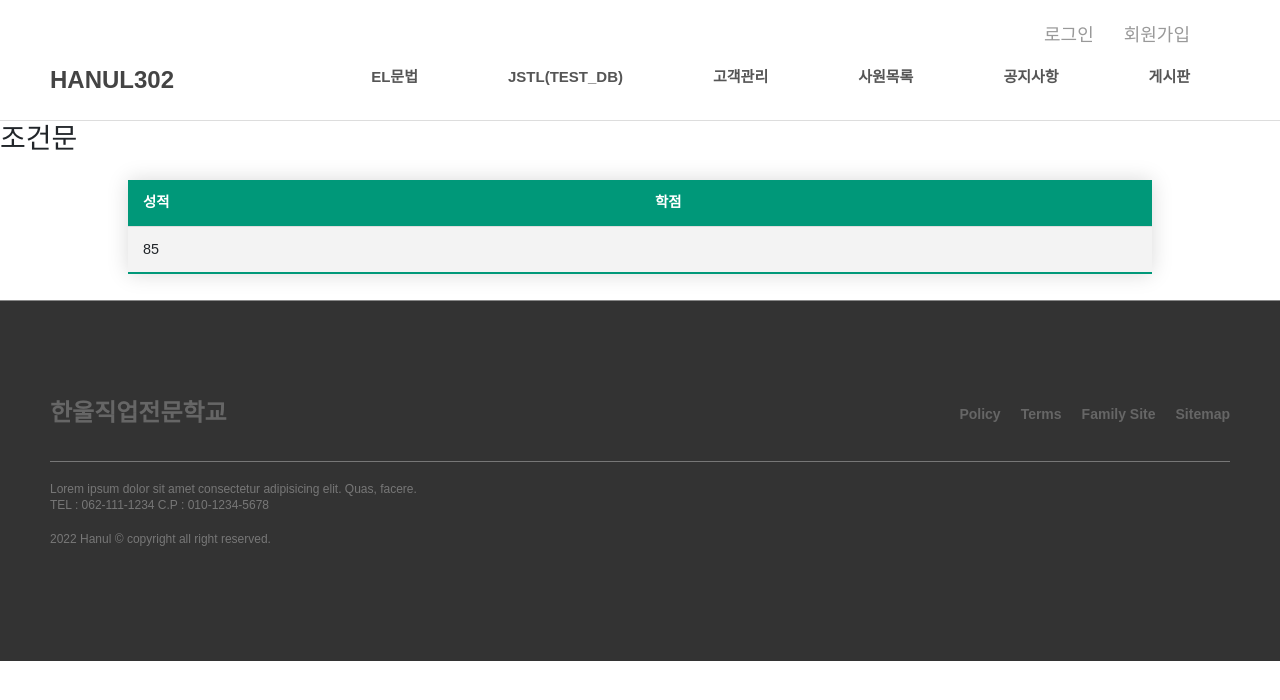
Repository: Xeyeong/servlet
Page: http://localhost/05.MiniProject/el/control.jsp
An editor plug-in stored every save of this project. The page is shown before and after the next save, followed by the edit.
The browser window is 1280 px wide. The pictures show the whole page.
Some web libraries are served in a nearby version. The page is served by Tomcat 9. Other server files are loaded and not shown.

Above is the page before, as saved 2022-09-22 00:43:27.

### 05.MiniProject/src/main/webapp/el/control.jsp
<%@ page language="java" contentType="text/html; charset=UTF-8"
	pageEncoding="UTF-8"%>
<%@ taglib uri="http://java.sun.com/jsp/jstl/core" prefix="c"%>
<!DOCTYPE html>
<html>
<head>
<meta charset="UTF-8">
<title>Insert title here</title>
</head>
<body>
	<jsp:include page="/include/header.jsp" />
	<h3>조건문</h3>
	<c:set var="score" value="85" />
	<c:if test="${score ge 90 }">
		<c:set var="grade" value="A학점" />
	</c:if>
	<c:if test="${score ge 90 }">
		<c:set var="grade" value="A학점" />
	</c:if>
	<table class="styled-table">
		<tr>
			<th>성적</th>
			<th>학점</th>
		</tr>
		<tr>
			<td>${score}</td>
			<td>${grade}</td>
		</tr>
	</table>



	<jsp:include page="/include/footer.jsp" />
</body>
</html>

### 05.MiniProject/src/main/webapp/include/header.jsp
<%@ page language="java" contentType="text/html; charset=UTF-8"
    pageEncoding="UTF-8"%>
<%@ taglib uri="http://java.sun.com/jsp/jstl/core" prefix="c" %>
<!DOCTYPE html>
<html>
<head>
<meta charset="UTF-8">
<meta http-equiv="X-UA-Compatible" content="IE=CHROME">
<meta name="viewport" content="width=device-width, initial-scale=1.0">
<title>실습용 테마</title>
<link rel="icon" href="favicon.ico" type="image/x-icon">
<script src="https://kit.fontawesome.com/c47106c6a7.js"
	crossorigin="anonymous"></script>
<link rel="stylesheet" href="<c:url value="/"/>css/style.css?<%=new java.util.Date()%>">
<link rel="stylesheet" href="<c:url value="/"/>css/common.css?<%=new java.util.Date()%>">
<script src="js/ie.js"></script>
<link
	href="https://cdn.jsdelivr.net/npm/bootstrap@5.2.0-beta1/dist/css/bootstrap.min.css"
	rel="stylesheet"
	integrity="sha384-0evHe/X+R7YkIZDRvuzKMRqM+OrBnVFBL6DOitfPri4tjfHxaWutUpFmBp4vmVor"
	crossorigin="anonymous">
<script
	src="https://cdn.jsdelivr.net/npm/bootstrap@5.2.0-beta1/dist/js/bootstrap.bundle.min.js"
	integrity="sha384-pprn3073KE6tl6bjs2QrFaJGz5/SUsLqktiwsUTF55Jfv3qYSDhgCecCxMW52nD2"
	crossorigin="anonymous"></script>
<script src="https://code.jquery.com/jquery-3.6.0.min.js"></script>
</head>
<body>
	<header>
		<div class="inner">
			<h1>
				<a href="#">HANUL302</a>
			</h1>
			<ul id="gnb">
				<li><a href="<c:url value="/"/>list.el">EL문법</a></li>
				<li><a href="<c:url value="/"/>list.te">JSTL(TEST_DB)</a></li>
				<li><a href="<c:url value="/"/>list.cu">고객관리</a></li>
				<li><a href="#">사원목록</a></li>
				<li><a href="#">공지사항</a></li>
				<li><a href="#">게시판</a></li>
			</ul>



			<ul class="util">
				<li><a href="#">로그인</a></li>
				<li><a href="#">회원가입</a></li>
			</ul>

		</div>

	</header>
</body>
</html>

### 05.MiniProject/src/main/webapp/include/footer.jsp
<%@ page language="java" contentType="text/html; charset=UTF-8"
    pageEncoding="UTF-8"%>
<footer>
		<div class="inner">
			<div class="upper">
				<h1>한울직업전문학교</h1>
				<ul>
					<li><a href="#">Policy</a></li>
					<li><a href="#">Terms</a></li>
					<li><a href="#">Family Site</a></li>
					<li><a href="#">Sitemap</a></li>
				</ul>
			</div>
			<div class="lower">
				<address>
					Lorem ipsum dolor sit amet consectetur adipisicing elit. Quas,
					facere.<br> TEL : 062-111-1234 C.P : 010-1234-5678
				</address>
				<p>2022 Hanul &copy; copyright all right reserved.</p>
			</div>
		</div>
</footer>

### 05.MiniProject/src/main/webapp/css/style.css
@charset 'utf-8';


* {
	margin: 0px;
	padding: 0px;
	box-sizing: border-box;
}
ul,
ol {
	list-style: none;
}
a {
	text-decoration: none;
}

/* header */
header {
	width: 100%;
	border-bottom: 1px solid #ddd;
}
header .inner {
	width: 1180px;
	height: 120px;
	margin: 0px auto;
	position: relative; /*자식 absolute 요소의 기준점 설정*/
}
header .inner h1 {
	position: absolute;
	left: 0px;
	bottom: 15px;
}
header .inner h1 a {
	font: bold 24px/1 "arial";
	color: #444;
}
header .inner .util {
	position: absolute;
	top: 20px;
	right: 30px;
}
header .inner .util li {
	float: left;
}
header .inner .util li a {
	display: block;
	font: 18px "arial";
	color: #999;
	padding: 0px 10px;
}
header .inner #gnb {
	position: absolute;
	bottom: 0px;
	right: 0px;
}
header .inner #gnb li {
	float: left;
}
header .inner #gnb li a {
	display: block; /*인라인 요소는 block설정하여 크기를 조절가능*/
	font: bold 15px/1 "arial";
	color: #555;
	padding: 20px 40px;
	transition: all 0.5s;
}
header .inner #gnb li a:hover {
	background: #555;
	color: #fff;
}
figure {
	width: 100%;
	height: calc(100vh - 120px); /*전체 브라우저 높이에서 120px만큼 빼줌*/
	background: #000;
	position: relative;
	overflow: hidden;
	padding-top: 250px;
}
figure video {
	object-fit: cover; /*영상을 figure안쪽에 꽉 차도록 설정*/
	width: 100%;
	height: 100%;
	opacity: 0.3;
	position: absolute;
	top: 0px;
	left: 0px;
}
figure .inner {
	width: 1180px;
	margin: 0px auto;
	position: relative;
}
figure .inner h1 {
	font: normal 120px/1 "arial";
	color: #fff;
	margin-bottom: 20px;
}
figure .inner p {
	font: 16px/1.4 "arial";
	color: #888;
	margin-bottom: 60px;
}
figure .inner a {
	display: block;
	width: 400px;
	height: 30px;
	border: 1px solid #bbb;
	font: bold 11px/30px "arial";
	color: #fff;
	text-align: center;
	letter-spacing: 1px;
	transition: all 0.5s;
}
figure .inner a:hover {
	background: #fff;
	color: #555;
}
/* news */
section {
	width: 100%;
	padding: 200px 0px;
}
section .inner {
	width: 1180px;
	margin: 0px auto;
}
section .inner h1 {
	font: bold 24px/1 "arial";
	color: #555;
	text-align: center;
	margin-bottom: 50px;
}
section .inner .wrap {
	width: 100%;
}
section .inner .wrap::after {
	/*자식 요소인 article의 float해제*/
	content: "";
	display: block;
	clear: both;
}
section .inner .wrap article {
	width: 32%;
	float: left;
	margin-right: 20px;
}
section .inner .wrap article:last-child {
	/*제일 오른쪽 마지막 요소만 여백제거*/
	margin-right: 0px;
}
section .inner .wrap article h2 {
	margin-bottom: 10px;
}
section .inner .wrap article h2 a {
	font: bold 16px/1 "arial";
	color: #555;
}
section .inner .wrap article p {
	font: 14px/1.4 "arial";
	color: #777;
}
section .inner .wrap article .pic {
	width: 100%;
	height: 120px;
	background: #333;
	margin-bottom: 15px;
	position: relative;
	overflow: hidden;
}
section .inner .wrap article .pic img {
	object-fit: cover; /*pic프레임안에 이미지 꽉 채움*/
	width: 100%;
	height: 100%;
}
/* footer */
footer {
	width: 100%;
	background: #333;
	padding: 100px 0px;
	border-top: 1px solid #888;
}
footer .inner {
	width: 1180px;
	margin: 0px auto;
}
footer .inner .upper {
	width: 100%;
	border-bottom: 1px solid #777;
	padding-bottom: 20px;
}
footer .inner .upper::after {
	/*상단 영역 float해제*/
	content: "";
	display: block;
	clear: both;
}
footer .inner .upper h1 {
	float: left;
	font: bold 24px/1 "arial";
	color: #666;
}
footer .inner .upper ul {
	float: right;
}
footer .inner .upper ul li {
	float: left;
	margin-left: 20px;
}
footer .inner .upper ul li a {
	font: bold 14px/1 "arial";
	color: #666;
}
footer .inner .lower {
	width: 100%;
	padding-top: 20px;
}
footer .inner .lower address {
	width: 100%;
	font: 12px/1.3 "arial";
	color: #777;
	margin-bottom: 20px;
}
footer .inner .lower p {
	width: 100%;
	font: 12px/1 "arial";
	color: #777;
}

.styled-table {
	width: 80%;
    border-collapse: collapse;
    margin: 2% 10% 2% 10% ;
    font-size: 0.9em;
    font-family: sans-serif;
    min-width: 400px;
    box-shadow: 0 0 20px rgba(0, 0, 0, 0.15);

}

.styled-table thead tr {
    background-color: #009879;
    color: #ffffff;
    text-align: left;
}
table th{
	background-color: #6d6b6b!important;  color : #fff;
}
.styled-table th,
.styled-table td {
    padding: 12px 15px;
}

.styled-table tbody tr {
    border-bottom: 1px solid #dddddd;
}

.styled-table tbody tr:nth-of-type(even) {
    background-color: #f3f3f3;
}

.styled-table tbody tr:last-of-type {
    border-bottom: 2px solid #009879;
}

.styled-table tbody tr.active-row {
    font-weight: bold;
    color: #009879;
}



.styled-table {
	width: 80%;
    border-collapse: collapse;
    margin: 2% 10% 2% 10%;
    font-size: 0.9em;
    font-family: sans-serif;
    min-width: 400px;
    box-shadow: 0 0 20px rgba(0, 0, 0, 0.15);
}

.styled-table thead tr {
    background-color: #009879;
    color: #ffffff;
    text-align: left;
}

.styled-table th,
.styled-table td {
    padding: 12px 15px;
}

.styled-table tbody tr {
    border-bottom: 1px solid #dddddd;
}

.styled-table tbody tr:nth-of-type(even) {
    background-color: #f3f3f3;
}

.styled-table tbody tr:last-of-type {
    border-bottom: 2px solid #009879;
}

.styled-table tbody tr.active-row {
    font-weight: bold;
    color: #009879;
}
.list-top{
	width: 80%;
	margin: 2% 10%;
}
input[ type=button ] {
	padding : 2px 10px
}

input[ type=submit ]{
	padding: 2px 10px
}
label:not(:last-child) {
	margin-right: 30px
}

### 05.MiniProject/src/main/webapp/css/common.css
@charset "UTF-8";

ul {
	list-style-type: none;
	align-items: center;
	padding: 0;
}

.center {
	position: absolute;
	left: 50%;
	top: calc(120px + 50%);
	transform: translate(-50%, -50%);
}

.list-top {
	display: flex;
	justify-content: space-between;
}

.list-top ul {
	display: flex;
}

table.tb-list th, table.tb-list td {
	border: 1px solid #b0b0b0;
}

.list-top {
	width: 80%;
	margin: 2% 10%
}

input[type=button], input[type=submit] {
	padding: 2px 10px
}

table th {
	background-color: #009879 !important;
	color: #fff;
}

label:not(:last-child) {
	margin-right: 30px
}

.btnSet {
	margin: 20px auto;
	width: 80%;
}

.btnSet a:not(:last-child) {
	margin-right: 5px
}

a {
	text-decoration: none !important;
}

a.btn-fill, a.btn-empty {
	height: 28px;
	padding: 3px 15px;
	border: 1px solid #009879;
	border-radius: 3px;
}

a.btn-fill {
	background-color: #009879;
	color: #fff;
}

a.btn-empty {
	color: #009879;
}

input {
	padding: 0 10px;
}

input:focus {
	outline: none !important;
	border-color: #009879;
}

.tb-wrap {
	overflow: auto;
	margin: 20px auto;
	height: 500px;
	width: 80%;
}

.tb-wrap table {
	width: 100%;
	margin: 0;
}

header ul li:not(:first-child) {
	margin-left: 10px
}

.valid {
	color: green;
	font-size: 14px;
	font-weight: bold;
}

.invalid {
	color: red;
	font-size: 14px;
	font-weight: bold;
}

.font {
	font-size: 18px;
}

#delete {
	display: none;
}

.w-px40 {
	width: 40px
}

.w-px60 {
	width: 60px
}

.w-px80 {
	width: 80px
}

.w-px100 {
	width: 100px
}

.w-px120 {
	width: 120px
}

.w-px140 {
	width: 140px
}

.w-px160 {
	width: 160px
}

.w-px180 {
	width: 180px
}

.w-px200 {
	width: 200px
}

.w-px220 {
	width: 220px
}

.w-px250 {
	width: 250px
}

.w-px300 {
	width: 300px
}

Loaded but not shown: 05.MiniProject/src/main/webapp/js/ie.js (common file)

After the next save:
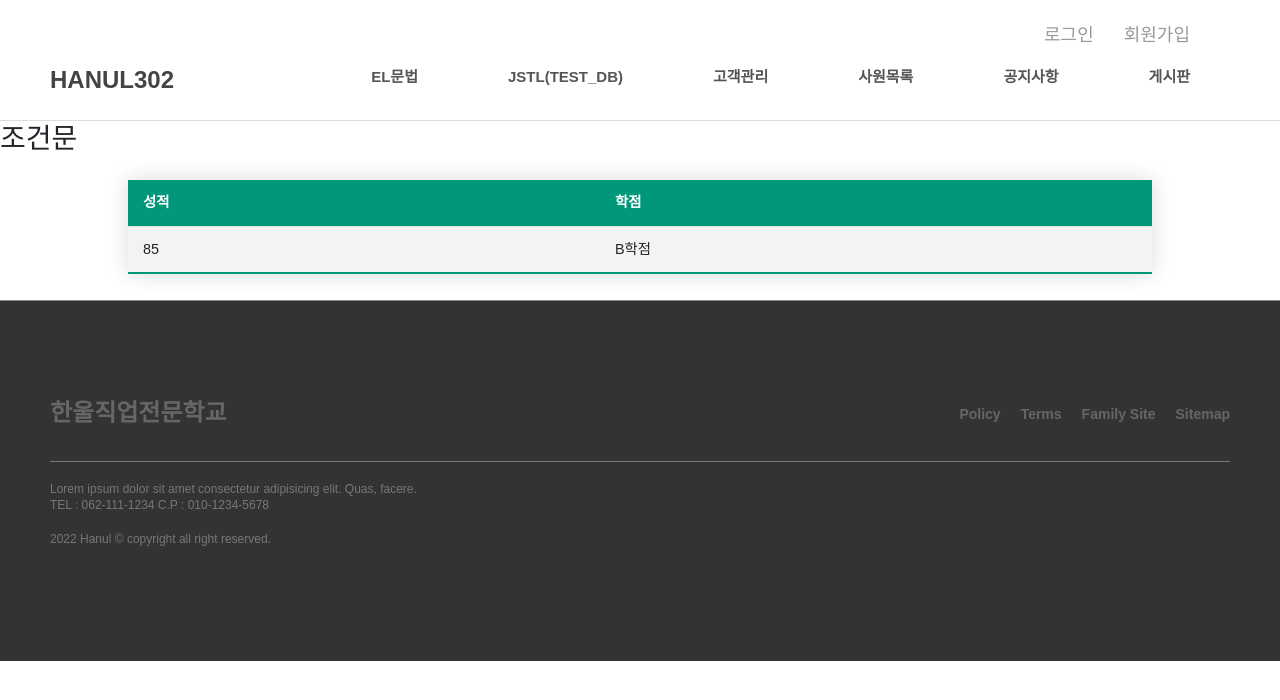
Saved 8 s later.
--- a/05.MiniProject/src/main/webapp/el/control.jsp
+++ b/05.MiniProject/src/main/webapp/el/control.jsp
@@ -14,8 +14,8 @@
 	<c:if test="${score ge 90 }">
 		<c:set var="grade" value="A학점" />
 	</c:if>
-	<c:if test="${score ge 90 }">
-		<c:set var="grade" value="A학점" />
+	<c:if test="${score ge 80 }">
+		<c:set var="grade" value="B학점" />
 	</c:if>
 	<table class="styled-table">
 		<tr>
